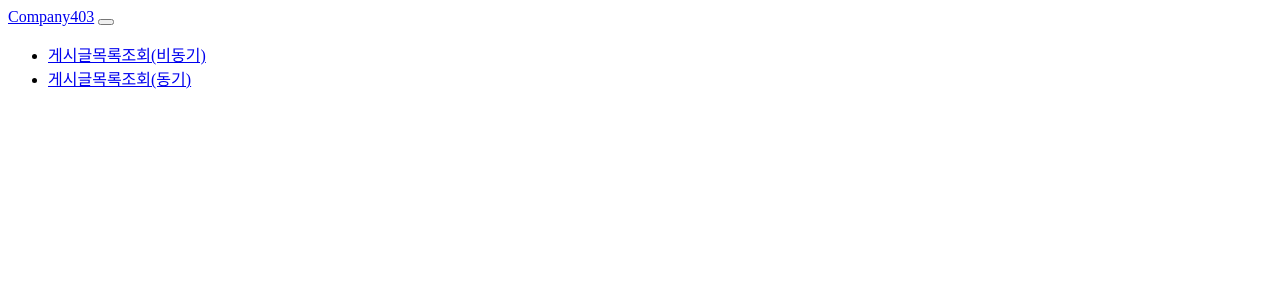
Repository: MyDreamFlying/JspClass
Page: http://localhost/WebStudy04_SpringBoard/includee/headerMenu.jsp?language=en
An editor plug-in stored every save of this project. The page is shown before and after the next save, followed by the edit.
The browser window is 1280 px wide. The pictures show the whole page.
The page is served by Tomcat 9. Nobody is signed in. The application's start-up code is not run. Other server files are loaded and not shown.

Above is the page before, as saved 2022-10-13 00:47:00.

### WebStudy04_SpringBoard/src/main/webapp/includee/headerMenu.jsp
<%@ page language="java" contentType="text/html; charset=UTF-8"
    pageEncoding="UTF-8"%>
<%@ taglib uri="http://java.sun.com/jsp/jstl/core" prefix="c" %>
<nav class="navbar navbar-dark sticky-top flex-md-nowrap w-100 p-0 border border-secondary">
  <a class="navbar-brand col-md-3 col-lg-2 mr-0 px-3" href="#">Company403</a>
  <button class="navbar-toggler position-absolute d-md-none collapsed" type="button" data-toggle="collapse" data-target="#sidebarMenu" aria-controls="sidebarMenu" aria-expanded="false" aria-label="Toggle navigation">
    <span class="navbar-toggler-icon"></span>
  </button>
  <ul class="nav px-3 col">
    <li class="nav-item text-nowrap">
      <a class="nav-link" href="${pageContext.request.contextPath }/board/boardList.do">게시글목록조회(비동기)</a>
    </li>
    <li class="nav-item text-nowrap">
      <a class="nav-link" href="${pageContext.request.contextPath }/boardSync/boardList.do">게시글목록조회(동기)</a>
    </li>
  </ul>
</nav>

After the next save:
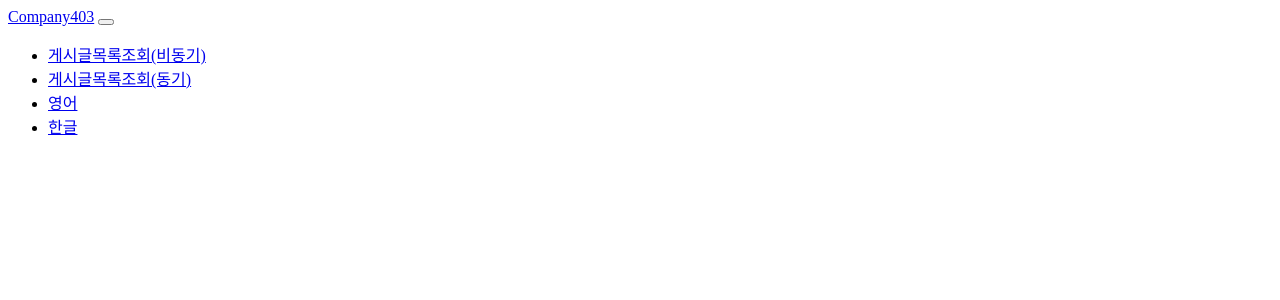
Saved 4 min 23 s later.
--- a/WebStudy04_SpringBoard/src/main/webapp/includee/headerMenu.jsp
+++ b/WebStudy04_SpringBoard/src/main/webapp/includee/headerMenu.jsp
@@ -13,5 +13,11 @@
     <li class="nav-item text-nowrap">
       <a class="nav-link" href="${pageContext.request.contextPath }/boardSync/boardList.do">게시글목록조회(동기)</a>
     </li>
+    <li class="nav-item text-nowrap">
+      <a class="nav-link" href="?language=en">영어</a>
+    </li>
+    <li class="nav-item text-nowrap">
+      <a class="nav-link" href="?language=ko">한글</a>
+    </li>
   </ul>
 </nav>
